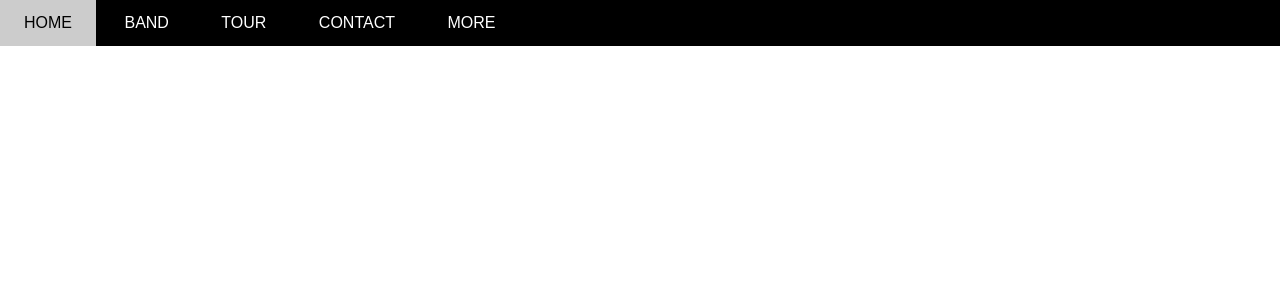
Repository: minhnguyennn/w3_band_music
Page: index.html
The author's editor kept a copy of each file at every save. The page is drawn from the files as they stood at one save, then again after the next save.
The browser window is 1280 px wide. The pictures show the whole page.

Above is the page before, as saved 2023-02-17 18:25:58.

After the next save:
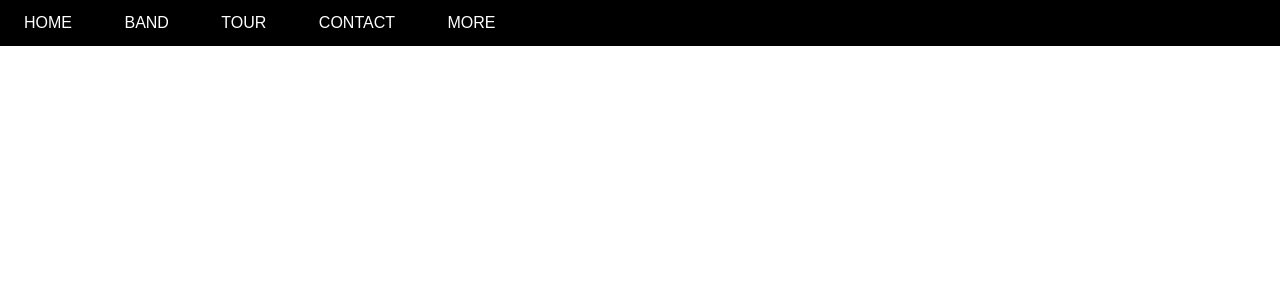
Saved 103 s later.
--- a/assets/css/style.css
+++ b/assets/css/style.css
@@ -42,6 +42,8 @@
    display: inline-block;
 }
 
+#nav > li:hover > a
+
 #nav > li:hover > a {
    color: #000;
    background-color: #ccc;

After the 5 saves that followed:
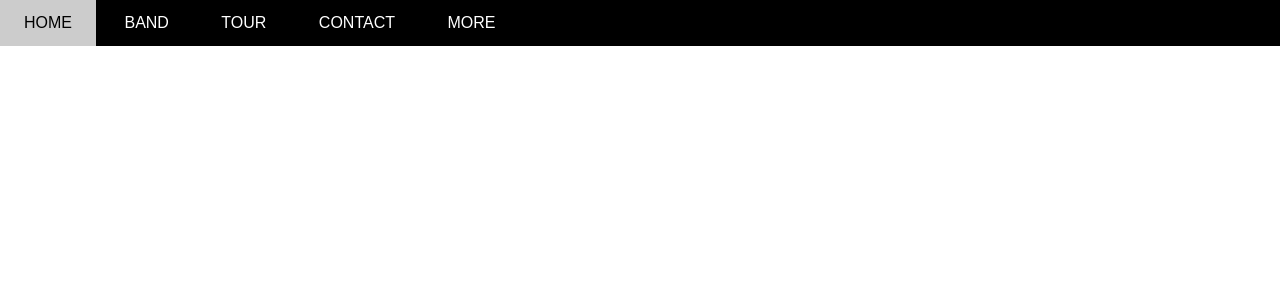
The 5 saves are shown as one change because 1 left the picture as it was and some came seconds apart.
The last was saved 16 s later.
--- a/assets/css/style.css
+++ b/assets/css/style.css
@@ -42,7 +42,9 @@
    display: inline-block;
 }
 
-#nav > li:hover > a
+#nav li:hover .subnav {
+
+}
 
 #nav > li:hover > a {
    color: #000;
